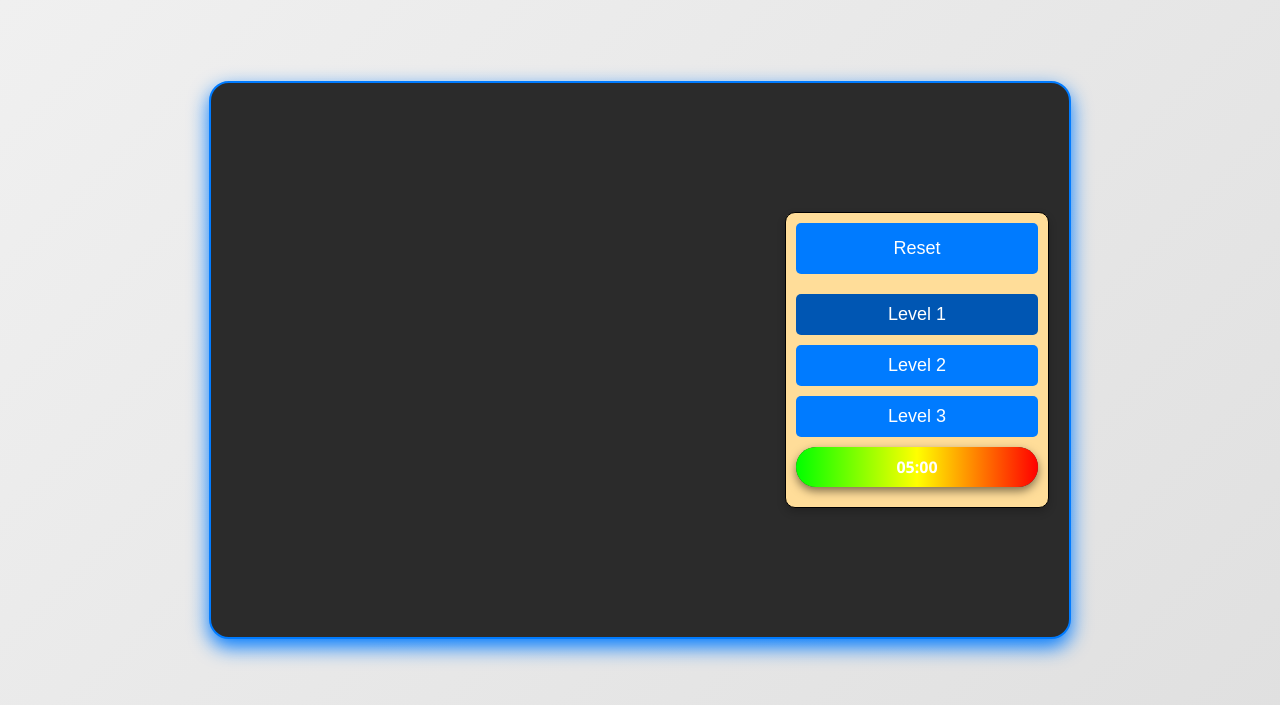
Repository: radisyah/THE_BRAIN_STORM
Page: Impossible Memory.html
These files come from the project's save history. The page is drawn as it stood at one moment and after the next save; the edit follows.
The browser window is 1280 px wide. The pictures show the whole page.

Above is the page before, as saved 2024-10-22 22:12:35.

### Impossible Memory.html
<!DOCTYPE html>
<html lang="en">
<head>
    <meta charset="UTF-8">
    <meta name="viewport" content="width=device-width, initial-scale=1.0">
    <title>Impossible Memories</title>
    <style>
        body {
            font-family: 'Segoe UI', Tahoma, Geneva, Verdana, sans-serif;
            display: flex;
            justify-content: center;
            align-items: center;
            height: 100vh;
            margin: 0;
            background: linear-gradient(135deg, #f0f0f0, #e0e0e0);
        }


        .container {
            display: flex;
            justify-content: center;
            align-items: center;
            gap: 40px;
            background-color: #2b2b2b; /* Dark background for contrast */
            border-radius: 20px;
            box-shadow: 0 8px 20px  #007bff;
            padding: 20px; /* Padding for container */
            transition: transform 0.3s ease-in-out;
            border: 2px solid #007bff;
        }

        .container:hover {
            transform: scale(1.02); /* Slight scale effect when hovering over the container */
        }

        /* Timer container styles */
        .timer-container {
            position: relative;
            width: 100%;
            height: 40px;
            background-color: #333;
            border-radius: 20px;
            overflow: hidden;
            box-shadow: 0px 4px 10px rgba(0, 0, 0, 0.5);
            margin-bottom: 10px;
        }

        /* Timer text styles */
        #timer {
            position: absolute;
            top: 50%;
            left: 50%;
            transform: translate(-50%, -50%);
            color: white;
            font-size: 16px;
            font-weight: bold;
            z-index: 2;
        }

        /* Progress bar styles */
        .timer-bar {
            position: absolute;
            top: 0;
            left: 0;
            height: 100%;
            background: linear-gradient(90deg, #00ff00, #ffff00, #ff0000);
            width: 100%;
            transition: width 1s linear;
            z-index: 1;
        }


        .grid-container {
            display: grid;
            gap: 4px;
            grid-template-columns: repeat(7, 70px); /* Ukuran grid */
            grid-template-rows: repeat(7, 70px); /* Ukuran grid */
            position: relative;

        }

        .grid-item {
            display: flex;
            justify-content: center;
            align-items: center;
            font-size: 20px;
            border-radius: 10px;
            box-shadow: 0 4px 6px rgba(0, 0, 0, 0.1);
            transition: transform 0.3s, background-color 0.3s;
            cursor: pointer;
            position: relative;
        }


        .grid-item input {
            width: 100%;
            height: 100%;
            font-size: 20px;
            text-align: center;
            background-color: #ffdd99;
            border: 1px solid #000;
            border-radius: 10px;
            outline: none;
            box-sizing: border-box;
        }

        .grid-item input:hover {
            transform: translateY(-5px);
            background-color: #fbc05d;
        }

        .grid-item input.correct {
            background-color: #28a745;
            color: white;
            pointer-events: none;
            transition: background-color 0.5s ease, color 0.5s ease; /* Animasi transisi */
        }

        .grid-item input.wrong {
            background-color: #dc3545;
            color: white;
            pointer-events: none;
            transition: background-color 0.5s ease, color 0.5s ease; /* Animasi transisi */
        }

        .button-container {
            display: flex;
            flex-direction: column; /* Susun tombol secara vertikal */
            gap: 10px; /* Jarak antar tombol */
            padding: 10px; /* Padding di dalam tombol */
            background-color: #ffdd99; /* Warna latar untuk layout tombol */
            border-radius: 10px; /* Sudut membulat */
            box-shadow: 0 4px 8px rgba(0, 0, 0, 0.2); /* Bayangan untuk efek */
            border: 1px solid #000;
        }

        .grid-size-buttons button {
            padding: 10px; /* Padding tombol */
            margin-top: 10px; /* Jarak atas untuk menambah jarak antara tombol */
        }


        #resetButton, .question-button {
            padding: 15px 20px; /* Padding untuk tombol */
            font-size: 18px; /* Ukuran font */
            cursor: pointer;

            background-color: #007bff;
            color: white;
            border: none;
            border-radius: 5px;
            transition: background-color 0.3s;
            width: 100%; /* Membuat tombol mengambil lebar penuh */
        }

        #resetButton:hover, .question-button:hover {
            background-color: #0056b3; /* Warna hover */
        }

        .active-level {
            background-color: #0056b3; /* Green for active level */
        }


    </style>
</head>
<body>

    <div class="container">
        <div class="grid-container" id="grid-container">
            <!-- Dynamic grid will be generated here -->
        </div>

        <div class="button-container">
            <button id="resetButton" onclick="resetAnswers()">Reset</button>
            <div class="grid-size-buttons">
                <button class="question-button" id="level1" onclick="changeGridSize(3)" disabled>Level 1</button>
                <button class="question-button" id="level2" onclick="changeGridSize(5)" disabled>Level 2</button>
                <button class="question-button" id="level3" onclick="changeGridSize(7)" disabled>Level 3</button>
            </div>
            <div class="timer-container">
                <div id="timer">05:00</div>
                <div class="timer-bar"></div>
            </div>
        </div>
    </div>


    <script>
        const gridSizes = {
            3: [
                { correct: 0 }, { correct: 0 }, { correct: 0 },
                { correct: 0 }, { correct: 0 }, { correct: 0 },
                { correct: 0 }, { correct: 0 }, { correct: 0 }
            ],
            5: [
                { correct: 0 }, { correct: 0 }, { correct: 0 }, { correct: 0 }, { correct: 0 },
                { correct: 0 }, { correct: 0 }, { correct: 0 }, { correct: 0 }, { correct: 0 },
                { correct: 0 }, { correct: 0 }, { correct: 0 }, { correct: 0 }, { correct: 0 },
                { correct: 0 }, { correct: 0 }, { correct: 0 }, { correct: 0 }, { correct: 0 },
                { correct: 0 }, { correct: 0 }, { correct: 0 }, { correct: 0 }, { correct: 0 }
            ],
            7:  [
                { correct: 0 }, { correct: 0 }, { correct: 0 }, { correct: 0 }, { correct: 0 }, { correct: 0 },  { correct: 0 },
                { correct: 0 }, { correct: 0 }, { correct: 0 }, { correct: 0 }, { correct: 0 }, { correct: 0 },  { correct: 0 },
                { correct: 0 }, { correct: 0 }, { correct: 0 }, { correct: 0 }, { correct: 0 }, { correct: 0 },  { correct: 0 },
                { correct: 0 }, { correct: 0 }, { correct: 0 }, { correct: 0 }, { correct: 0 }, { correct: 0 },  { correct: 0 },
                { correct: 0 }, { correct: 0 }, { correct: 0 }, { correct: 0 }, { correct: 0 }, { correct: 0 },  { correct: 0 },
                { correct: 0 }, { correct: 0 }, { correct: 0 }, { correct: 0 }, { correct: 0 }, { correct: 0 },  { correct: 0 },
                { correct: 0 }, { correct: 0 }, { correct: 0 }, { correct: 0 }, { correct: 0 }, { correct: 0 },  { correct: 0 },
            ]
        };

        let currentLevel = 1; // Start from level 1
        let timeRemaining = 300; // Set to 8 minutes in seconds
        let timerInterval;
        let isTimerRunning = false;
        const answersHistory = {}; // Object to store answers per level

        // Initialize the game with Level 1 active
        document.getElementById('level1').disabled = false;
        document.getElementById('level1').classList.add('active-level');

        function startTimer() {
        if (isTimerRunning) return;
        isTimerRunning = true;

        timerInterval = setInterval(() => {
            const timerDisplay = document.getElementById('timer');
            const timerBar = document.querySelector('.timer-bar');

            timeRemaining--;

            // Calculate minutes and seconds
            const minutes = Math.floor(timeRemaining / 60);
            const seconds = timeRemaining % 60;
            timerDisplay.textContent = `${minutes < 10 ? '0' + minutes : minutes}:${seconds < 10 ? '0' + seconds : seconds}`;

            // Update timer bar width
            const percentage = (timeRemaining / 300) * 100;
            timerBar.style.width = `${percentage}%`;

            if (timeRemaining <= 0) {
                clearInterval(timerInterval);
                isTimerRunning = false;
                timerDisplay.textContent = "Time is Over!!";
                lockInputs();
            }
        }, 1000);
    }

    function lockInputs() {
        document.querySelectorAll('.answer').forEach(input => {
            input.disabled = true; // Disable all answer inputs
        });
        document.getElementById('resetButton').disabled = true;
    }

    function createGrid(size) {
        const gridContainer = document.getElementById('grid-container');
        gridContainer.style.gridTemplateColumns = `repeat(${size}, 100px)`;
        gridContainer.style.gridTemplateRows = `repeat(${size}, 100px)`;
        gridContainer.innerHTML = ''; // Clear previous content

        const gridData = gridSizes[size];

        gridData.forEach((data, index) => {
            const gridItem = document.createElement('div');
            gridItem.classList.add('grid-item');
            const input = document.createElement('input');
            input.classList.add('answer');
            input.setAttribute('type', 'text');
            input.setAttribute('data-index', index); // Store the index for tracking answers
            input.setAttribute('data-correct', data.correct);

            // If we have previous answers, restore them
            const previousAnswers = answersHistory[`level${currentLevel}`];
            if (previousAnswers && previousAnswers[index] !== undefined) {
                input.value = previousAnswers[index];
                checkInput(input); // Immediately check if it's correct
            }

            input.addEventListener('input', () => checkInput(input)); // Add event listener for each input
            gridItem.appendChild(input);
            gridContainer.appendChild(gridItem);
        });

        if (!isTimerRunning) startTimer();
    }

    function checkInput(input) {
        const correctAnswer = parseInt(input.dataset.correct);
        const userAnswer = parseInt(input.value);

        if (input.value.trim() === '') {
            input.classList.remove('correct', 'wrong'); // Reset styles if empty
        } else if (userAnswer === correctAnswer) {
            input.classList.add('correct');
            input.classList.remove('wrong');
            input.disabled = true; // Disable input if correct
        } else {
            input.classList.add('wrong');
            input.classList.remove('correct');
        }

        // Store the answer for the current level
        storeAnswer(input);

        checkAllAnswers();
    }

    function storeAnswer(input) {
        const index = input.dataset.index;
        if (!answersHistory[`level${currentLevel}`]) {
            answersHistory[`level${currentLevel}`] = {};
        }
        answersHistory[`level${currentLevel}`][index] = input.value;
    }

    function checkAllAnswers() {
        const inputs = document.querySelectorAll('.answer');
        let allCorrect = true;
        let allFilled = true;

        inputs.forEach(input => {
            const correctAnswer = parseInt(input.dataset.correct);
            const userAnswer = parseInt(input.value);

            if (input.value.trim() === '') {
                allFilled = false;
            } else if (userAnswer !== correctAnswer) {
                allCorrect = false;
            }
        });

        if (allCorrect && allFilled) {
            setTimeout(() => nextLevel(), 1000); // Move to next level after 1 second delay
        }
    }

    function nextLevel() {
        if (currentLevel === 1) {
            currentLevel = 2;
            document.getElementById('level2').disabled = false;
            document.getElementById('level1').disabled = true;
            document.getElementById('level1').classList.remove('active-level');
            document.getElementById('level2').classList.add('active-level');
            changeGridSize(5);
        } else if (currentLevel === 2) {
            currentLevel = 3;
            document.getElementById('level3').disabled = false;
            document.getElementById('level2').disabled = true;
            document.getElementById('level2').classList.remove('active-level');
            document.getElementById('level3').classList.add('active-level');
            changeGridSize(7);
        } else if (currentLevel === 3) {
            // Reset to Level 1 after completing Level 3
            currentLevel = 1;
            document.getElementById('level3').disabled = true;
            document.getElementById('level3').classList.remove('active-level');
            document.getElementById('level1').disabled = false;
            document.getElementById('level1').classList.add('active-level');
            resetAnswers(); // Reset game and go back to level 1
        }
    }

    function changeGridSize(size) {
        createGrid(size);
    }

    function resetAnswers() {
        clearInterval(timerInterval);
        timeRemaining = 300;
        document.getElementById('timer').textContent = "05:00";
        startTimer();

        // Reset answers history for the current level
        answersHistory[`level${currentLevel}`] = {};

        createGrid(currentLevel === 1 ? 3 : currentLevel === 2 ? 5 : 7);
    }
</script>


</body>
</html>

After the next save:
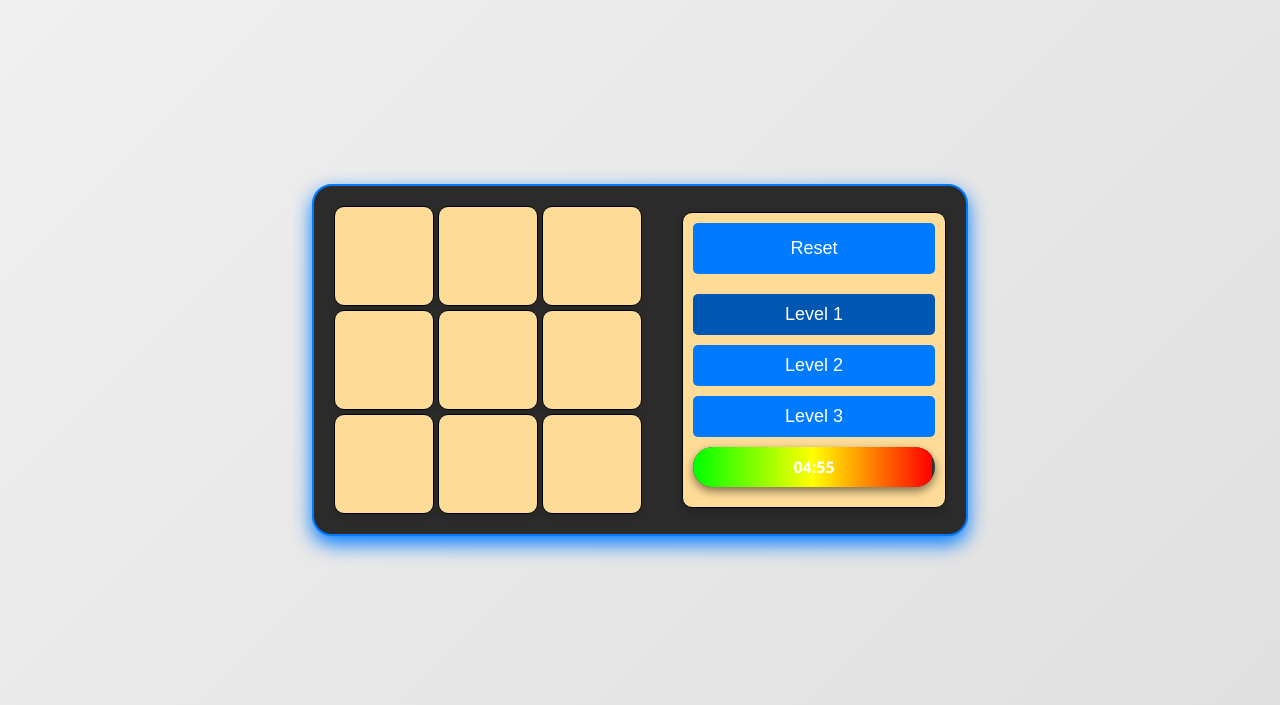
Saved 23 s later.
--- a/Impossible Memory.html
+++ b/Impossible Memory.html
@@ -379,6 +379,7 @@
 
         createGrid(currentLevel === 1 ? 3 : currentLevel === 2 ? 5 : 7);
     }
+    createGrid(3);
 </script>
 
 
